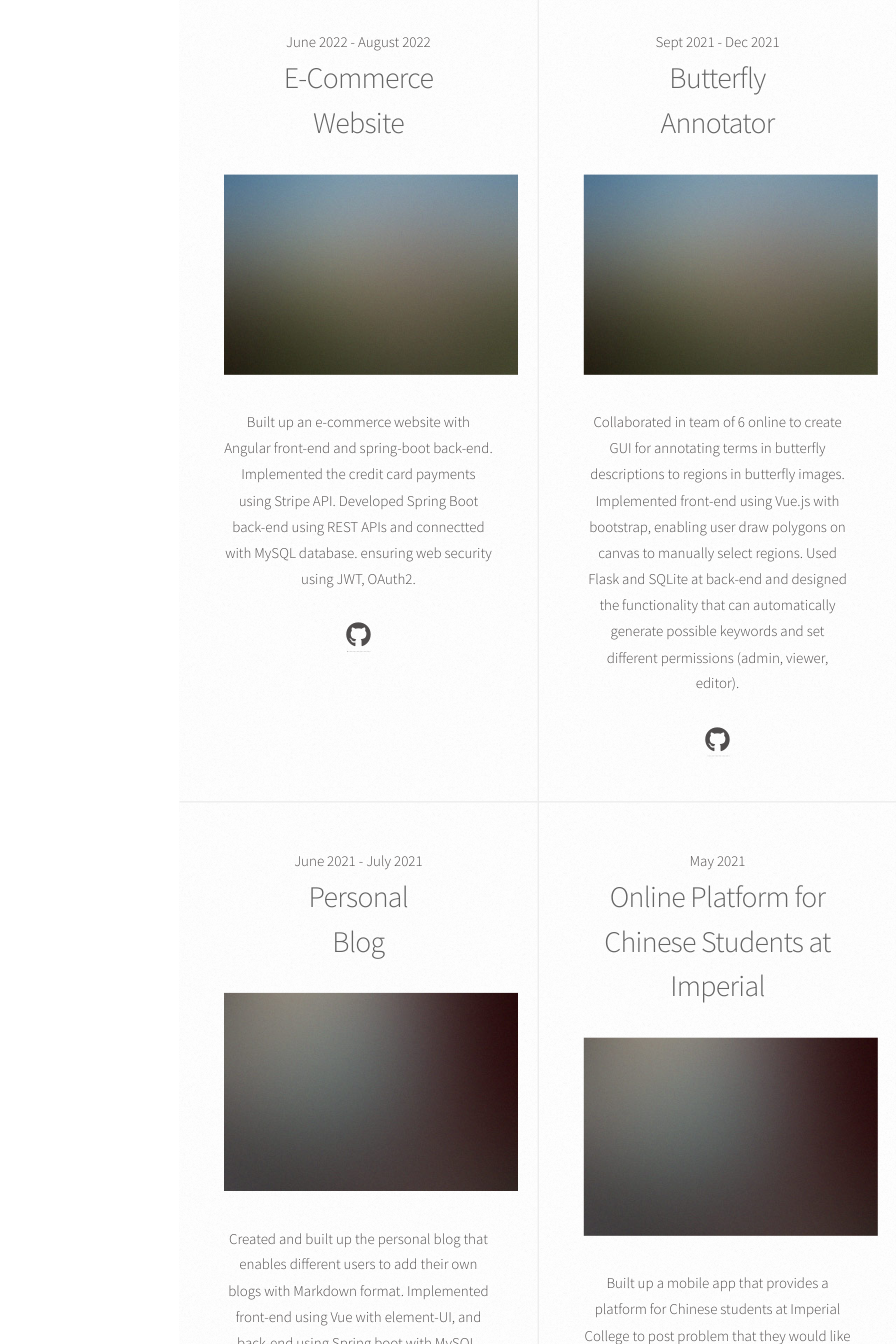
Repository: Felixqxz/Felixqxz.github.io
Page: index.html
These files come from the project's save history. The page is drawn as it stood at one moment and after a run of saves; the edit follows.
The browser window is 1280 px wide. The pictures show the part of the page from y = 1638 to 3558 px (the page is 5486 px tall before and 6431 px after), at 70% of full size.

Above is the page before, as saved 2022-08-02 14:35:51.

### index.html
<!DOCTYPE HTML>
<!--
	Prologue by HTML5 UP
	html5up.net | @ajlkn
	Free for personal and commercial use under the CCA 3.0 license (html5up.net/license)
-->
<html>
	<head>
		<title>Prologue by HTML5 UP</title>
		<meta charset="utf-8" />
		<meta name="viewport" content="width=device-width, initial-scale=1, user-scalable=no" />
		<link rel="stylesheet" href="assets/css/main.css" />
	</head>
	<body class="is-preload">

		<!-- Header -->
			<div id="header">

				<div class="top">

					<!-- Logo -->
						<div id="logo">
							<span class="image avatar48"><img src="images/avatar.jpg" alt="" /></span>
							<h1 id="title">Xingzhi Qian</h1>
							<p>Imperial College London</p>
						</div>

					<!-- Nav -->
						<nav id="nav">
							<ul>
								<li><a href="#top" id="top-link"><span class="icon solid fa-home">Intro</span></a></li>
								<li><a href="#about" id="about-link"><span class="icon solid fa-user">About Me</span></a></li>
								<li><a href="#portfolio" id="portfolio-link"><span class="icon solid fa-th">Portfolio</span></a></li>
								<!-- <li><a href="#contact" id="contact-link"><span class="icon solid fa-envelope">Contact</span></a></li> -->
							</ul>
						</nav>

				</div>

				<div class="bottom">

					<!-- Social Icons -->
						<ul class="icons">
							<li><a href="https://github.com/Felixqxz" class="icon brands fa-github"><span class="label">Github</span></a></li>
							<li><a href="https://www.linkedin.com/in/felixqian" class="icon brands fa-linkedin"><span class="label">LinkedIn</span></a></li>
							<li><a href="mailto: xingzhi.qian19@imperial.ac.uk" class="icon solid fa-envelope"><span class="label">Email</span></a></li>
							<li><a href="https://www.instagram.com/felix_qxz" class="icon brands fa-instagram"><span class="label">Instagram</span></a></li>
						</ul>

				</div>

			</div>

		<!-- Main -->
			<div id="main">

				<!-- Intro -->
					<section id="top" class="one dark cover">
						<div class="container">

							<header>
								<h2 class="alt">Hi! I'm <strong>Xingzhi (Felix)</strong>,</h2>
								<h2>a fourth year MEng Computing student at</h2>
								<h2>Imperial College London</h2>
							</header>

							<footer>
								<a href="#about" class="button scrolly">Explore more</a>
							</footer>

						</div>
					</section>


					<!-- About Me -->
					<section id="about" class="three">
						<div class="container">

							<header>
								<h2>About Me</h2>
							</header>

							<a href="#" class="image featured"><img src="images/pic08.jpg" alt="" /></a>

							<p>I'm Xingzhi (Felix) Qian, a fourth year MEng student studying computing (Artificial Intelligence and Machine Learning) at Imperial College London. </p>
							<p>I was born in Changshu, a beautiful city near the east coast of China. I love music, sports, playing games and travelling.
								I'm really enthusiastic about learning latest technologies and new skills.
							</p>

						</div>
					</section>

					<!-- Portfolio -->
					<section id="portfolio" class="two">
						<div class="container">

							<header>
								<h2>Portfolio</h2>
							</header>

							<a href="assets/CV.pdf" class="button" target="_blank"><i class="fa fa-download"></i>  My Resume</a>

						</div>
					</section>

					<section class="posts">
						<article>
							<header>
								<span class="date">June 2022 - August 2022</span>
								<h2>E-Commerce<br />
								Website</a></h2>
							</header>
							<img src="images/pic02.jpg" alt="" /><br><br>
							<p>Built up an e-commerce website with Angular front-end and spring-boot back-end. Implemented the credit card payments using Stripe API.
								Developed Spring Boot back-end using REST APIs and connectted with MySQL database. ensuring web security using JWT, OAuth2.
							</p>
							<a href="https://github.com/Felixqxz/e-commerce" class="icon brands fa-github" style="font-size:36px"><span class="label">Github</span></a>
						</article>
						<article>
							<header>
								<span class="date">Sept 2021 - Dec 2021</span>
								<h2>Butterfly<br />
								Annotator</a></h2>
							</header>
							<img src="images/pic02.jpg" alt="" /><br><br>
							<p>Collaborated in team of 6 online to create GUI for annotating terms in butterfly descriptions to regions in butterfly images.
							Implemented front-end using Vue.js with bootstrap, enabling user draw polygons on canvas to manually select regions.
							Used Flask and SQLite at back-end and designed the functionality that can automatically generate possible
							keywords and set different permissions (admin, viewer, editor).
							</p>
							<a href="https://github.com/Felixqxz/butterfly-annotator" class="icon brands fa-github" style="font-size:36px"><span class="label">Github</span></a>
						</article>
						<article>
							<header>
								<span class="date">June 2021 - July 2021</span>
								<h2>Personal<br />
								Blog</h2>
							</header>
							<img src="images/pic03.jpg" alt="" /><br><br>
							<p>Created and built up the personal blog that enables different users to add their own blogs with Markdown format.
								Implemented front-end using Vue with element-UI, and back-end using Spring boot with MySQL. Used JWT (JSON Web Tokens) to ensure
								security between front-end and back-end.
							</p><br><br>
							<a href="https://github.com/Felixqxz/blog" class="icon brands fa-github" style="font-size:36px"><span class="label">Github</span></a>
						</article>
						<article>
							<header>
								<span class="date">May 2021</span>
								<h2>Online Platform for<br />
									 Chinese Students at Imperial</h2>
							</header>
							<img src="images/pic03.jpg" alt="" /><br><br>
							<p>Built up a mobile app that provides a platform for Chinese students at Imperial College to post problem that they would like to ask or share.
								Interviewed a few Chinese students in different years at Imperial and improved the software based on their feedback during the project iterations.
								Implemented using Swift for both front-end and back-end with Firebase as cloud-based NoSQL database.

							</p><br><br>
							<a href="https://github.com/Felixqxz/drp" class="icon brands fa-github" style="font-size:36px"><span class="label">Github</span></a>
						</article>
						<article>
							<header>
								<span class="date">Oct 2020 - Dec 2020</span>
								<h2>WACC<br />
								Compiler</h2>
							</header>
							<img src="images/pic03.jpg" alt="" /><br><br>
							<p>Worked in team of 4 online to build up Wacc compiler that generates assembly code using Java. Wacc is a simple language for educational purposes.
								Generated the language parser and constructed abstract syntax tree using ANTLR tool.
								Allowed for syntax and semantic checking of inputs and generate error messages according to both syntax and semantic error.


							</p><br><br>
							<a href="https://github.com/Felixqxz/Wacc" class="icon brands fa-github" style="font-size:36px"><span class="label">Github</span></a>
						</article>
						<article>
							<header>
								<span class="date">June 2018 - July 2018</span>
								<h2>Cataracts Classification<br /> Using SqueezeNet</h2>
							</header>
							<img src="images/pic03.jpg" alt="" /><br><br>
							<p>Used SqueezeNet, a deep neural network with few parameters, on cataracts classification that can help
								ophthalmologists diagnose different types of cataracts with images, achieving accuracy on test data at 96%.
								Generated and applied data augmentation to preprocess data for labeled datasets, and trained model with
								transfer learning using Keras and TensorFlow.
								Came up with the idea from volunteering in ophthalmology department and finding it took ophthalmologists
								time to diagnose different types of cataracts.


							</p>
							<a href="https://github.com/Felixqxz/cataracts-classification" class="icon brands fa-github" style="font-size:36px"><span class="label">Github</span></a>
						</article>
					</section>



				<!-- Contact -->
					<!-- <section id="contact" class="four">
						<div class="container">

							<header>
								<h2>Contact</h2>
							</header>

							<p>Elementum sem parturient nulla quam placerat viverra
							mauris non cum elit tempus ullamcorper dolor. Libero rutrum ut lacinia
							donec curae mus. Eleifend id porttitor ac ultricies lobortis sem nunc
							orci ridiculus faucibus a consectetur. Porttitor curae mauris urna mi dolor.</p>

							<form method="post" action="#">
								<div class="row">
									<div class="col-6 col-12-mobile"><input type="text" name="name" placeholder="Name" /></div>
									<div class="col-6 col-12-mobile"><input type="text" name="email" placeholder="Email" /></div>
									<div class="col-12">
										<textarea name="message" placeholder="Message"></textarea>
									</div>
									<div class="col-12">
										<input type="submit" value="Send Message" />
									</div>
								</div>
							</form>

						</div>
					</section> -->

			</div>

		<!-- Footer -->
			<div id="footer">

				<!-- Copyright -->
					<ul class="copyright">
						<li>&copy; Copyright © 2022 Xingzhi Qian All Rights Reserved.</li><br>
						<li>&copy; Created by Xingzhi Qian </li>
					</ul>

			</div>

		<!-- Scripts -->
			<script src="assets/js/jquery.min.js"></script>
			<script src="assets/js/jquery.scrolly.min.js"></script>
			<script src="assets/js/jquery.scrollex.min.js"></script>
			<script src="assets/js/browser.min.js"></script>
			<script src="assets/js/breakpoints.min.js"></script>
			<script src="assets/js/util.js"></script>
			<script src="assets/js/main.js"></script>

	</body>
</html>

Loaded but not shown: assets/css/fontawesome-all.min.css (library); assets/js/jquery.min.js (library); assets/js/jquery.scrolly.min.js (common file); assets/js/jquery.scrollex.min.js (common file); assets/js/browser.min.js (common file); assets/js/breakpoints.min.js (common file); assets/js/util.js (587 lines, source omitted); assets/js/main.js (123 lines, source omitted); assets/css/main.css (2799 lines, source omitted)

After the next 3 saves:
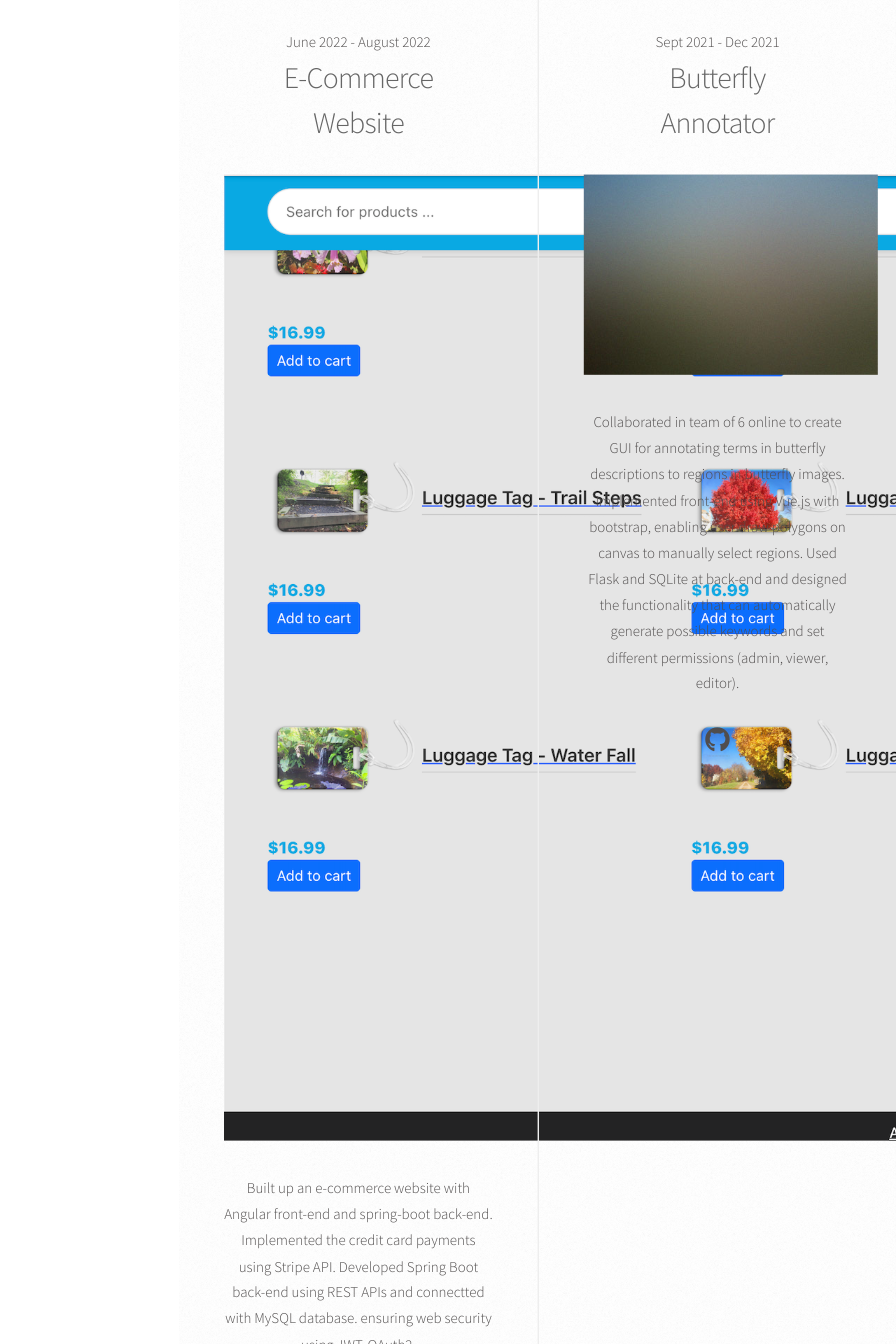
The 3 saves are shown as one change because they came seconds apart.
The last was saved 3 min 56 s later.
--- a/index.html
+++ b/index.html
@@ -110,7 +110,7 @@
 								<h2>E-Commerce<br />
 								Website</a></h2>
 							</header>
-							<img src="images/pic02.jpg" alt="" /><br><br>
+							<img src="images/E-Commerce.jpg" alt="" /><br><br>
 							<p>Built up an e-commerce website with Angular front-end and spring-boot back-end. Implemented the credit card payments using Stripe API.
 								Developed Spring Boot back-end using REST APIs and connectted with MySQL database. ensuring web security using JWT, OAuth2.
 							</p>
